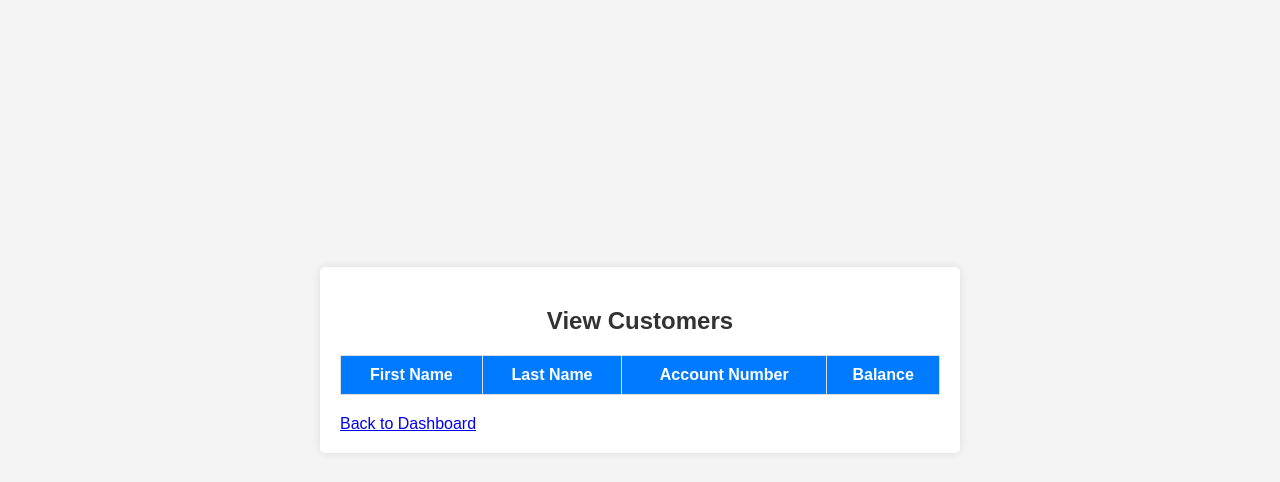
Repository: vinayakGarudi2002/swabhavTrainingProjects
Page: http://localhost/01_banking_application/viewCustomers.jsp
An editor plug-in stored every save of this project. The page is shown before and after the next save, followed by the edit.
The browser window is 1280 px wide. The pictures show the whole page.
The page is served by Tomcat 9. Queries for data that is not in the repository find no rows.

Above is the page before, as saved 2024-08-12 11:06:26.

After the next save:
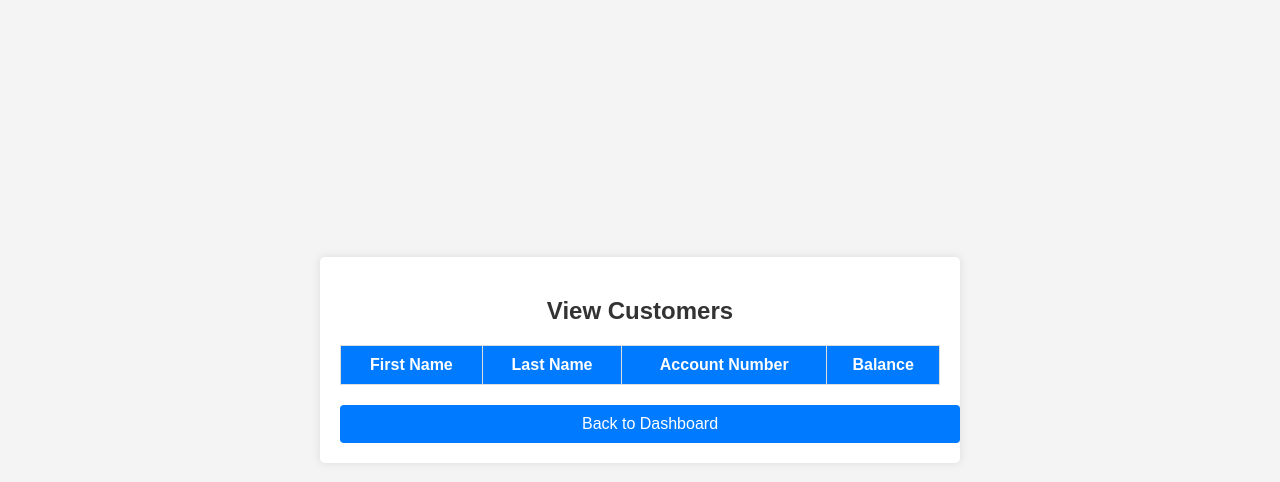
Saved 101 s later.
--- a/01_banking_application/WebContent/viewCustomers.jsp
+++ b/01_banking_application/WebContent/viewCustomers.jsp
@@ -11,7 +11,21 @@
     <title>View Customers</title>
     <link rel="stylesheet" type="text/css" href="static/css/styles.css">
     <style>
+       a {
+            display: block;
+            width: 100%;
+            padding: 10px;
+            background-color: #007bff;
+            color: white;
+            text-align: center;
+            border-radius: 4px;
+            text-decoration: none;
+            font-size: 16px;
+        }
 
+        a:hover {
+            background-color: #0056b3;
+        }
     </style>
 </head>
 <body>
